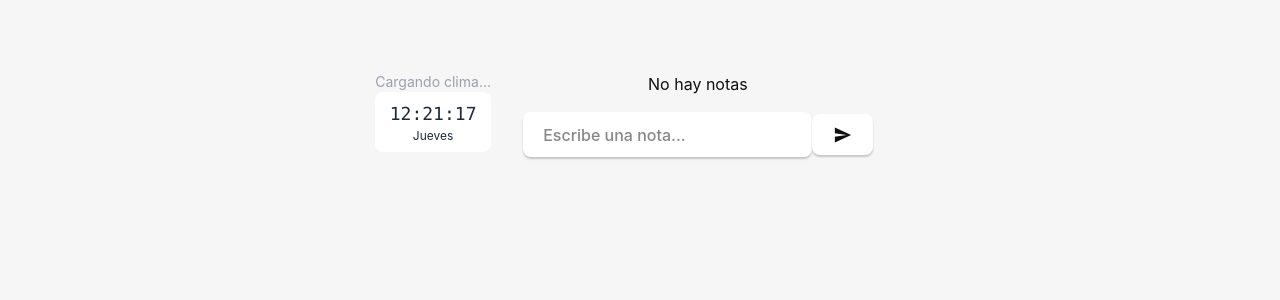
Repository: CodeByEvans/my-romantic-widget
Page: /
The author's editor kept a copy of each file at every save. The page is drawn from the files as they stood at one save, then again after the next save.
The browser window is 1280 px wide. The pictures show the whole page.
The page's requests for data from a server got no answer. The project was rebuilt for these pictures with package versions that can differ from the ones it lists, and the page was loaded fresh each time. No one was signed in, and anything a server would have sent is missing. Also part of the build but not shown: vite.config.ts.

Above is the page before, as saved 2025-11-06 12:25:39.

### src/App.tsx
import "./App.css";
import { Clock } from "./components/Clock";
import { NoteInput } from "./components/NoteInput";
import { NotesList } from "./components/NotesList";
import { WeatherWidget } from "./components/WeatherWidget";

function App() {
  return (
    <main className="container mx-auto p-4">
      <section className="flex flex-row gap-8  max-w-4xl mx-auto">
        <div>
          <WeatherWidget />
          <Clock />
        </div>

        <div>
          <NotesList />
          <NoteInput />
        </div>
        <div></div>
      </section>
    </main>
  );
}

export default App;

### src/App.css
@import "tailwindcss";

.logo.vite:hover {
  filter: drop-shadow(0 0 2em #747bff);
}

.logo.react:hover {
  filter: drop-shadow(0 0 2em #61dafb);
}
:root {
  font-family: Inter, Avenir, Helvetica, Arial, sans-serif;
  font-size: 16px;
  line-height: 24px;
  font-weight: 400;

  color: #0f0f0f;
  background-color: #f6f6f6;

  font-synthesis: none;
  text-rendering: optimizeLegibility;
  -webkit-font-smoothing: antialiased;
  -moz-osx-font-smoothing: grayscale;
  -webkit-text-size-adjust: 100%;
}

.container {
  margin: 0;
  padding-top: 10vh;
  display: flex;
  flex-direction: column;
  justify-content: center;
  text-align: center;
}

.logo {
  height: 6em;
  padding: 1.5em;
  will-change: filter;
  transition: 0.75s;
}

.logo.tauri:hover {
  filter: drop-shadow(0 0 2em #24c8db);
}

.row {
  display: flex;
  justify-content: center;
}

a {
  font-weight: 500;
  color: #646cff;
  text-decoration: inherit;
}

a:hover {
  color: #535bf2;
}

h1 {
  text-align: center;
}

input,
button {
  border-radius: 8px;
  border: 1px solid transparent;
  padding: 0.6em 1.2em;
  font-size: 1em;
  font-weight: 500;
  font-family: inherit;
  color: #0f0f0f;
  background-color: #ffffff;
  transition: border-color 0.25s;
  box-shadow: 0 2px 2px rgba(0, 0, 0, 0.2);
}

button {
  cursor: pointer;
}

button:hover {
  border-color: #396cd8;
}
button:active {
  border-color: #396cd8;
  background-color: #e8e8e8;
}

input,
button {
  outline: none;
}

#greet-input {
  margin-right: 5px;
}

@media (prefers-color-scheme: dark) {
  :root {
    color: #f6f6f6;
    background-color: #2f2f2f;
  }

  a:hover {
    color: #24c8db;
  }

  input,
  button {
    color: #ffffff;
    background-color: #0f0f0f98;
  }
  button:active {
    background-color: #0f0f0f69;
  }
}

### src/components/Clock.tsx
import { useEffect, useState } from "react";

export const Clock = () => {
  const [time, setTime] = useState(new Date());

  useEffect(() => {
    const interval = setInterval(() => {
      setTime(new Date());
    }, 1000);

    return () => clearInterval(interval);
  }, []);

  const hours = time.getHours().toString().padStart(2, "0");
  const minutes = time.getMinutes().toString().padStart(2, "0");
  const seconds = time.getSeconds().toString().padStart(2, "0");

  const day = time.toLocaleDateString("es-ES", { weekday: "long" });
  const date = time.toLocaleDateString("es-ES", {
    day: "2-digit",
    month: "short",
    year: "numeric",
  });

  return (
    <div className="bg-white rounded-lg p-2 flex flex-col items-center text-gray-800">
      <p className="text-lg font-mono">
        {hours}:{minutes}:{seconds}
      </p>
      <p className="text-xs capitalize">{day}</p>
    </div>
  );
};

### src/components/NoteInput.tsx
import { IoMdSend } from "react-icons/io";

export const NoteInput = () => {
  return (
    <form action="" className="flex flex-row items-center">
      <input
        type="text"
        placeholder="Escribe una nota..."
        className="mt-4 p-2 border rounded w-full max-w-md"
      />
      <button
        type="submit"
        className="mt-4 p-2 bg-blue-500 text-white rounded max-w-sm"
      >
        <IoMdSend size={20} />
      </button>
    </form>
  );
};

### src/components/NotesList.tsx
import { useRealTimeNotes } from "../hooks/useRealTimeNotes";

export const NotesList = () => {
  const notes = useRealTimeNotes();

  const sortedNotes = [...notes].sort(
    (a, b) =>
      new Date(b.created_at).getTime() - new Date(a.created_at).getTime()
  );

  const noteToShow = sortedNotes[0];

  if (!noteToShow) return <div>No hay notas</div>;

  return (
    <div className="flex flex-col gap-1 p-3 bg-white rounded-lg">
      <div className="flex justify-between items-center mb-1">
        <h3 className="font-semibold text-gray-700">{noteToShow.from}</h3>
        <small className="text-[10px] text-gray-400">
          {new Date(noteToShow.created_at).toLocaleTimeString([], {
            hour: "2-digit",
            minute: "2-digit",
          })}
        </small>
      </div>
      <p className="text-sm text-gray-700">{noteToShow.message}</p>
    </div>
  );
};

### src/components/WeatherWidget.tsx
import { useWeather } from "../hooks/useWeather";

export const WeatherWidget = () => {
  const { data, loading, errorWeather } = useWeather();

  if (errorWeather)
    return <div className="text-sm text-red-400">{errorWeather}</div>;
  if (loading || !data)
    return <div className="text-sm text-gray-400">Cargando clima...</div>;

  const [city, info] = Object.entries(data)[0] || [];
  const temp = Math.round(info.main.temp);

  return (
    <div className="flex flex-col items-center justify-center bg-blue-100 bg-opacity-40 backdrop-blur-md rounded-xl p-3 shadow-sm">
      <h2 className="text-sm font-semibold text-gray-700">{city}</h2>
      <p className="text-3xl font-bold text-gray-800">{temp}°C</p>
    </div>
  );
};

export default WeatherWidget;

### src/hooks/useRealTimeNotes.ts
import { useEffect, useState } from "react";
import z from "zod";
import { supabase } from "../services/supabaseClient";

const noteSchema = z.object({
  id: z.number(),
  from: z.string(),
  message: z.string(),
  created_at: z.string(),
});

type Note = z.infer<typeof noteSchema>;

export const useRealTimeNotes = () => {
  const [notes, setNotes] = useState<Note[]>([]);

  useEffect(() => {
    // Cargar notas iniciales
    supabase
      .from<"notes", Note>("notes")
      .select("*")
      .then(({ data, error }) => {
        if (data) {
          setNotes(data);
          console.log("Notas cargadas:", data);
        } else {
          console.error("Error fetching notes:", error);
        }
      });

    // Suscripción en tiempo real
    const channel = supabase
      .channel("public:notes")
      .on(
        "postgres_changes",
        { event: "*", schema: "public", table: "notes" },
        (payload) => {
          console.log("Cambio dettectado:", payload);

          if (payload.eventType === "INSERT") {
            const newNote = noteSchema.parse(payload.new);
            setNotes((prevNotes) => [...prevNotes, newNote]);
            console.log("Nota añadida:", newNote);
          } else if (payload.eventType === "UPDATE") {
            setNotes((prev) =>
              prev.map((note) =>
                note.id === payload.new.id
                  ? noteSchema.parse(payload.new)
                  : note
              )
            );
          } else if (payload.eventType === "DELETE") {
            setNotes((prev) =>
              prev.filter((note) => note.id !== payload.old.id)
            );
          }
        }
      )
      .subscribe();

    return () => {
      supabase.removeChannel(channel);
    };
  }, []);

  return notes;
};

### src/hooks/useWeather.ts
import { useEffect, useState } from "react";
import {
  getCityByCoordinates,
  getWeatherByCity,
} from "../services/weatherService";
import { WeatherData } from "../types/weather";
import { useGeolocation } from "./useGeolocation";

export const useWeather = () => {
  const { coords, error } = useGeolocation();
  const [data, setData] = useState<Record<string, WeatherData> | null>(null);
  const [loading, setLoading] = useState<boolean>(false);
  const [errorWeather, setErrorWeather] = useState<string | null>(null);

  useEffect(() => {
    if (error) setErrorWeather(error);
  }, [error]);

  useEffect(() => {
    if (!coords) return;

    const fetchWeather = async () => {
      setLoading(true);
      try {
        const city = await getCityByCoordinates(
          coords.latitude,
          coords.longitude
        );
        const weather = await getWeatherByCity(city[0].name);
        setData({ [city[0].name]: weather });
      } catch (error) {
        console.error(error);
      } finally {
        setLoading(false);
      }
    };

    fetchWeather();
  }, [coords]);

  return { data, loading, errorWeather };
};

### src/services/supabaseClient.ts
import { createClient } from "@supabase/supabase-js";
import { envs } from "../config/envs";

export const supabase = createClient(envs.supabaseUrl, envs.supabaseAnonKey, {
  realtime: {
    params: {
      eventsPerSecond: 10,
    },
  },
});

### src/services/weatherService.ts
import { envs } from "../config/envs";

export const getWeatherByCity = async (city: string) => {
  const response = await fetch(
    `https://api.openweathermap.org/data/2.5/weather?q=${city}&appid=${envs.openWeatherApiKey}&units=metric`
  );

  if (!response.ok) {
    throw new Error("No se pudo obtener el clima");
  }
  return response.json();
};

export const getCityByCoordinates = async (lat: number, lon: number) => {
  const response = await fetch(
    `https://api.openweathermap.org/geo/1.0/reverse?lat=${lat}&lon=${lon}&limit=1&appid=${envs.openWeatherApiKey}`
  );

  if (!response.ok) {
    throw new Error("No se pudo obtener la ciudad");
  }

  return response.json();
};

### src/hooks/useGeolocation.ts
import { useEffect, useState } from "react";

export const useGeolocation = () => {
  const [coords, setCoords] = useState<{
    latitude: number;
    longitude: number;
  } | null>(null);
  const [error, setError] = useState<string | null>(null);

  useEffect(() => {
    if (!navigator.geolocation) {
      setError("Geolocalización no soportada por el navegador");
      return;
    }

    navigator.geolocation.getCurrentPosition(
      (position) => {
        setCoords({
          latitude: position.coords.latitude,
          longitude: position.coords.longitude,
        });
      },
      (err) => {
        setError(`Error obteniendo la geolocalización: ${err.message}`);
      }
    );
  }, []);

  return { coords, error };
};

### src/config/envs.ts
import * as z from "zod";

const envSchema = z.object({
  VITE_SUPABASE_URL: z.string().url(),
  VITE_SUPABASE_ANON_KEY: z.string().min(1),
  VITE_OPEN_WEATHER_API_KEY: z.string().min(1),
});

const parsed = envSchema.parse(import.meta.env);

export const envs = {
  supabaseUrl: parsed.VITE_SUPABASE_URL,
  supabaseAnonKey: parsed.VITE_SUPABASE_ANON_KEY,
  openWeatherApiKey: parsed.VITE_OPEN_WEATHER_API_KEY,
};

Loaded but not shown: index.html (common file); src/main.tsx (common file)

After the next save:
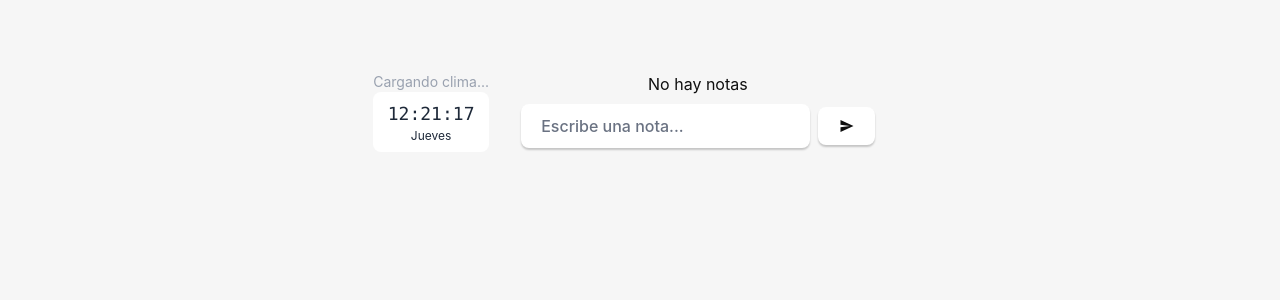
Saved 13 s later.
--- a/src/components/NoteInput.tsx
+++ b/src/components/NoteInput.tsx
@@ -2,17 +2,17 @@ import { IoMdSend } from "react-icons/io";
 
 export const NoteInput = () => {
   return (
-    <form action="" className="flex flex-row items-center">
+    <form className="flex items-center gap-2 mt-2">
       <input
         type="text"
         placeholder="Escribe una nota..."
-        className="mt-4 p-2 border rounded w-full max-w-md"
+        className="flex-1 text-sm px-2 py-1 rounded-lg bg-white/20 text-gray-800 placeholder-gray-500 focus:outline-none"
       />
       <button
         type="submit"
-        className="mt-4 p-2 bg-blue-500 text-white rounded max-w-sm"
+        className="p-2 bg-blue-500 rounded-full text-white hover:bg-blue-600"
       >
-        <IoMdSend size={20} />
+        <IoMdSend size={16} />
       </button>
     </form>
   );
